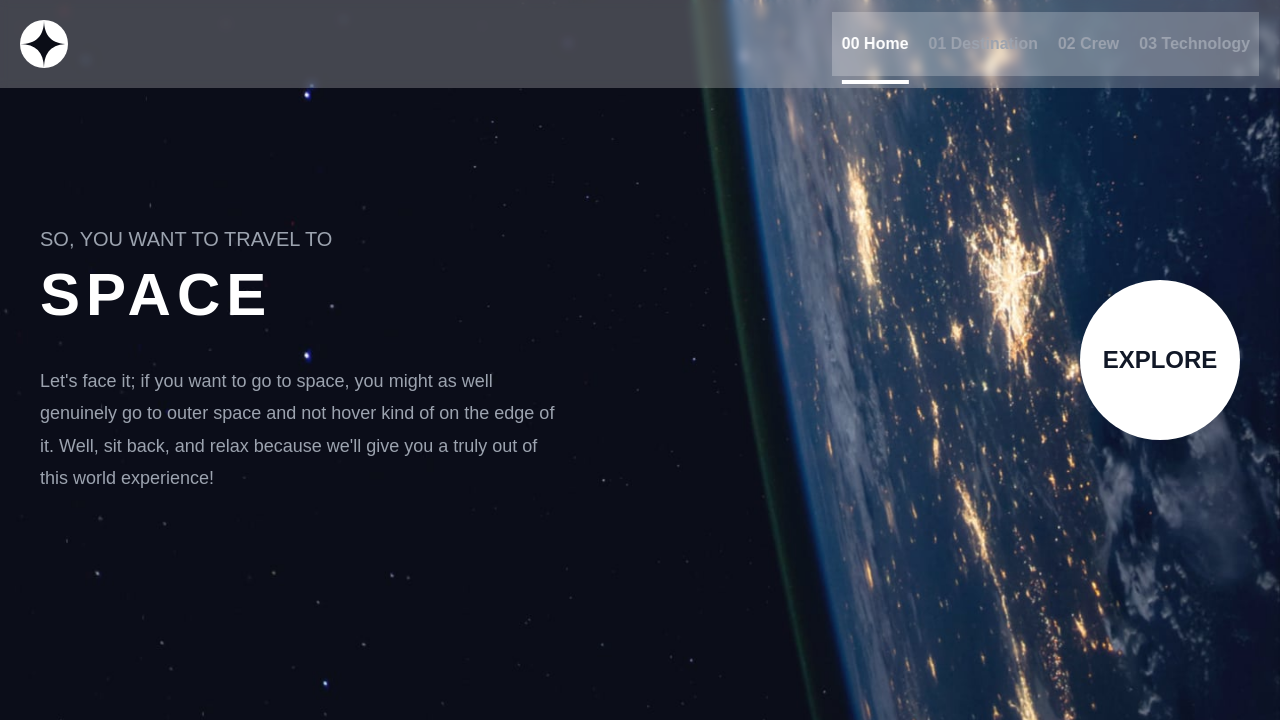
Repository: OmniaRafat232111121/Space-Toursim
Page: /
The author's editor kept a copy of each file at every save. The page is drawn from the files as they stood at one save, then again after a run of saves.
The browser window is 1280 px wide. The pictures show the whole page.
Some web fonts or font styles are not loaded; a fallback is used. The project was rebuilt for these pictures with package versions that can differ from the ones it lists, and the page was loaded fresh each time. Also part of the build but not shown: src/components/Destination.js, src/components/Crew.js, src/components/Technology.js, src/components/Error.js.

Above is the page before, as saved 2022-08-09 15:43:45.

After the next 9 saves:
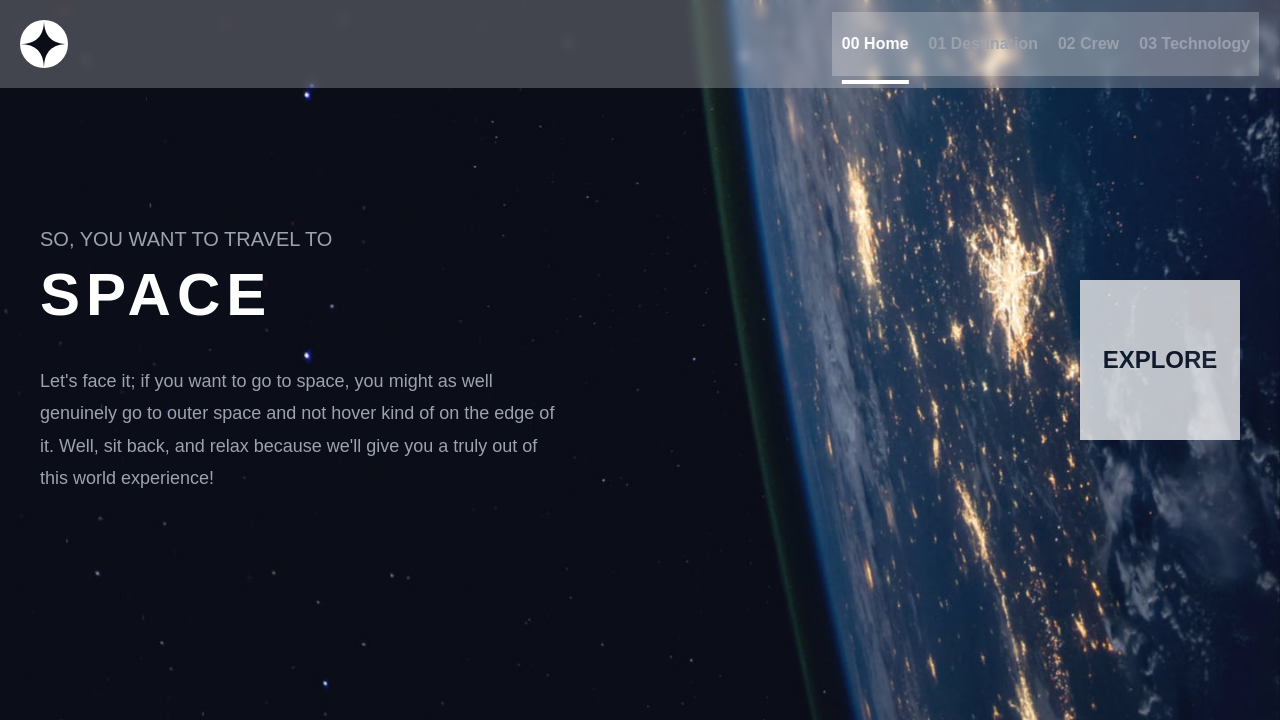
The 9 saves are shown as one change because they came seconds apart.
The last was saved 42 s later.
--- a/src/components/Home.js
+++ b/src/components/Home.js
@@ -19,7 +19,7 @@ export default function Home() {
             </p>
       </article>
       <article>
-      <button className="bg-white text-gray-900 font-bold uppercase text-2xl w-40 h-40 rounded-full">
+      <button className="bg-white text-gray-900 font-bold uppercase text-2xl w-40 h-40 rounded-fulle mt-10 md:mt-0 animate-pulse">
         Explore
       </button>
     </article>
